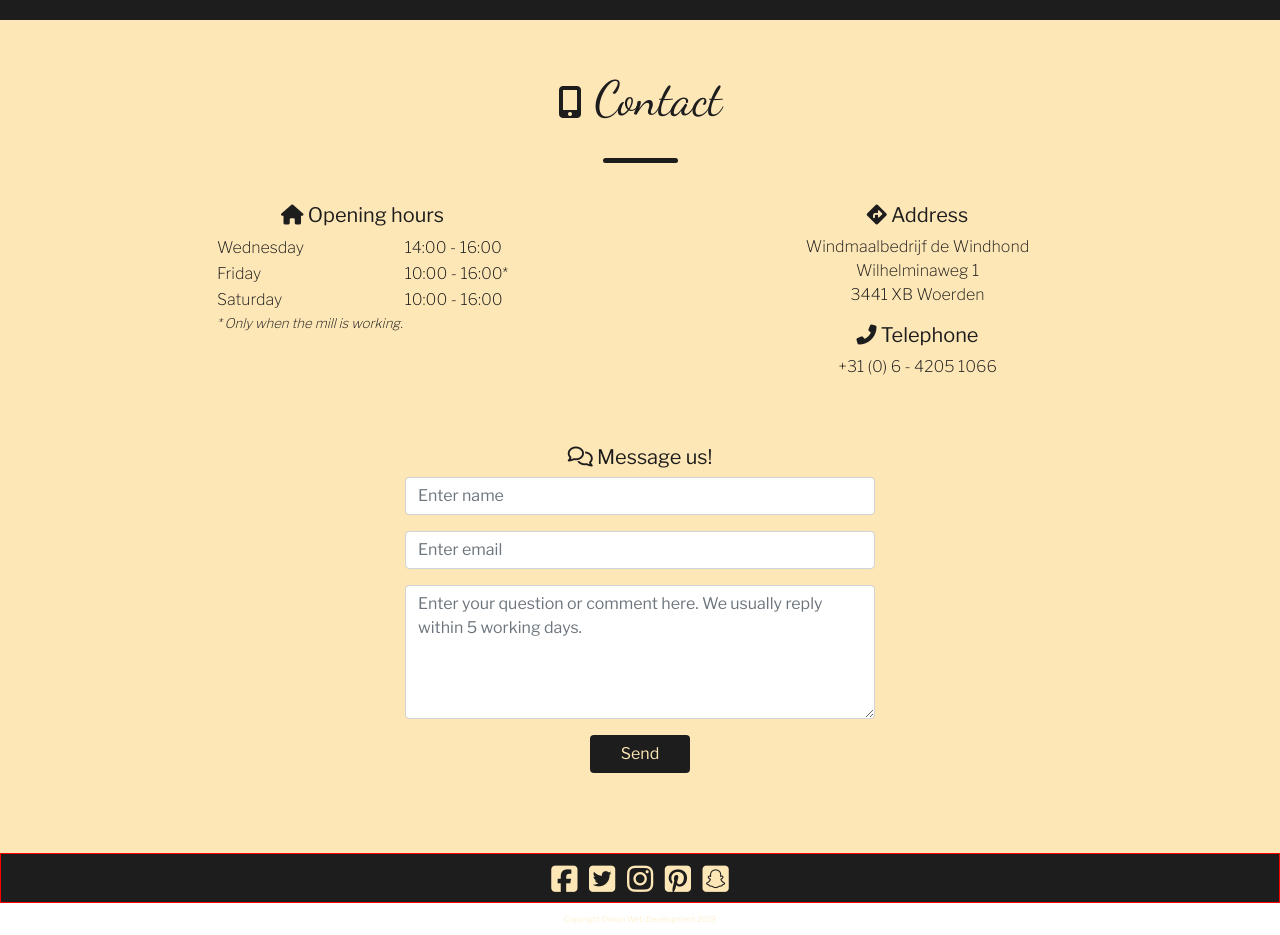
Repository: jdl208/DeWindhond
Page: index.html
The author's editor kept a record of every edit. The page is drawn from the files as they stood at one moment, then again after the next edit.
The browser window is 1280 px wide. The pictures show the part of the page from y = 2417 to 3369 px (the page is 3352 px tall before and 3369 px after).
Some web libraries are served in a nearby version.

Above is the page before.

After the next edit:
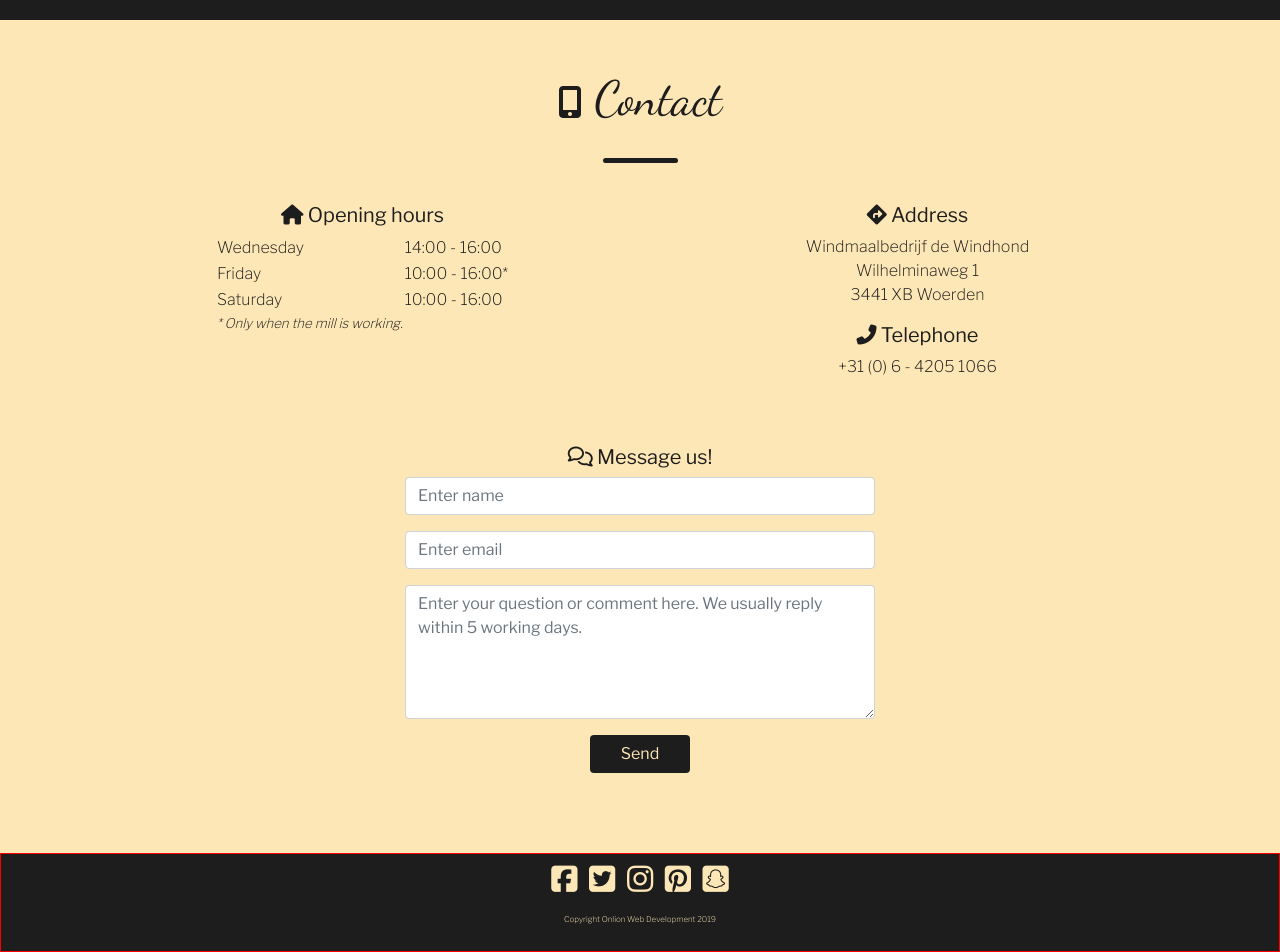
The edit:
--- a/assets/css/style.css
+++ b/assets/css/style.css
@@ -274,9 +274,8 @@
 /* ---------------------------------------------- Footer */
 
 .footer {
-    height: 50px;
-    text-align: center;
-    padding: 10px;
+    text-align: center;
+    padding: 10px 10px 0 10px;
     margin-bottom:0;
     border: red 1px solid;
 }
